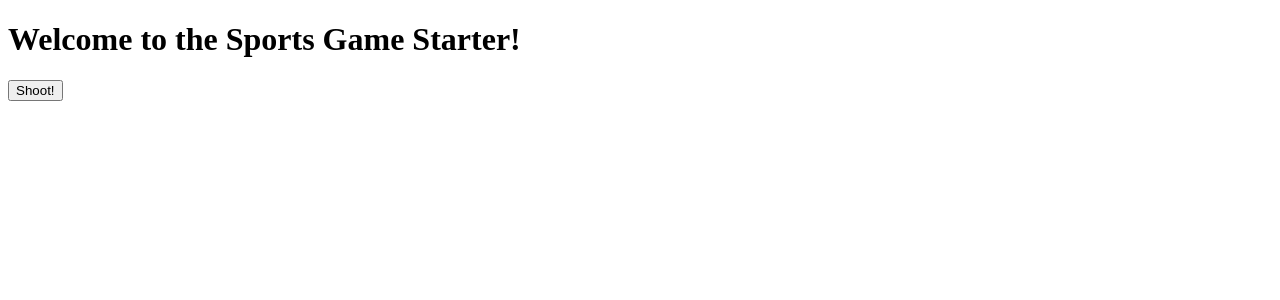
Repository: marcusmerrick/reactSportsGame
Page: index.html
An editor plug-in stored every save of this project. The page is shown before and after the next save, followed by the edit.
The browser window is 1280 px wide. The pictures show the whole page.
Some web libraries are served in a nearby version.

Above is the page before, as saved 2020-07-24 19:33:37.

### index.html
<!DOCTYPE html>
<html lang="en">
<head>
    <meta charset="UTF-8">
    <meta name="viewport" content="width=device-width, initial-scale=1.0">
    <title>Document</title>
</head>
<body>
    <div id='root'></div>
    <script crossorigin src="https://unpkg.com/react@16/umd/react.development.js"></script>
    <script crossorigin src="https://unpkg.com/react-dom@16/umd/react-dom.development.js"></script>
    <script crossorigin src="https://unpkg.com/babel-standalone@6/babel.min.js"></script>
    <script type="text/babel">


        class Team extends React.Component {
            constructor(props) {
                super(props)

                this.state = {
                    count: Number(this.props.initialCount) || 0
                }

            }
            handleShoot = (event) => {
                let rand = Math.random()
                if (rand < .5) return
                    this.setState((state, props) =>
                    ({
                        count: state.count +1
                    }))
            }
            render() {


                return (
                    <div>
                        <button onClick = {this.handleShoot}>Shoot!</button>
                        <h3></h3>
                    </div>

                )
            }

        }

        function App () {
            return (
                <div>
                <h1> Welcome to the Sports Game Starter!</h1>
                <h2>
                </h2>
                <Team initialCount = {0}/>
                </div>
            )
        }

        ReactDOM.render(
            <App />,
            document.querySelector('#root')
        )
    </script>
</body>
</html>

After the next save:
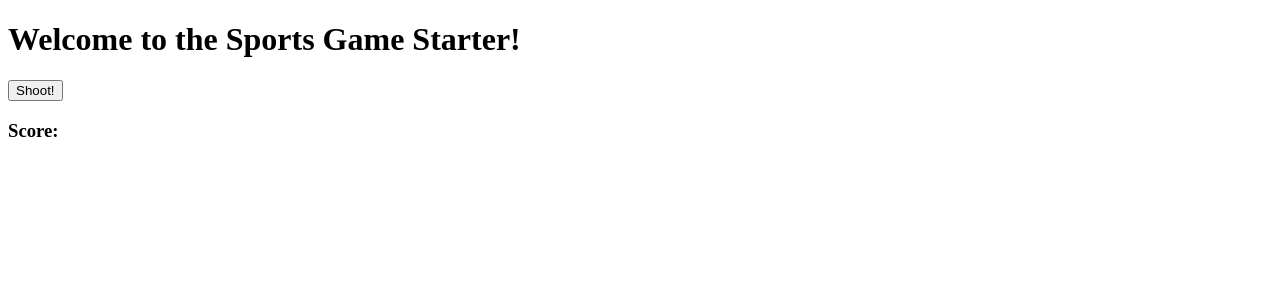
Saved 10 s later.
--- a/index.html
+++ b/index.html
@@ -36,7 +36,7 @@
                 return (
                     <div>
                         <button onClick = {this.handleShoot}>Shoot!</button>
-                        <h3></h3>
+                        <h3> Score: </h3>
                     </div>
 
                 )
